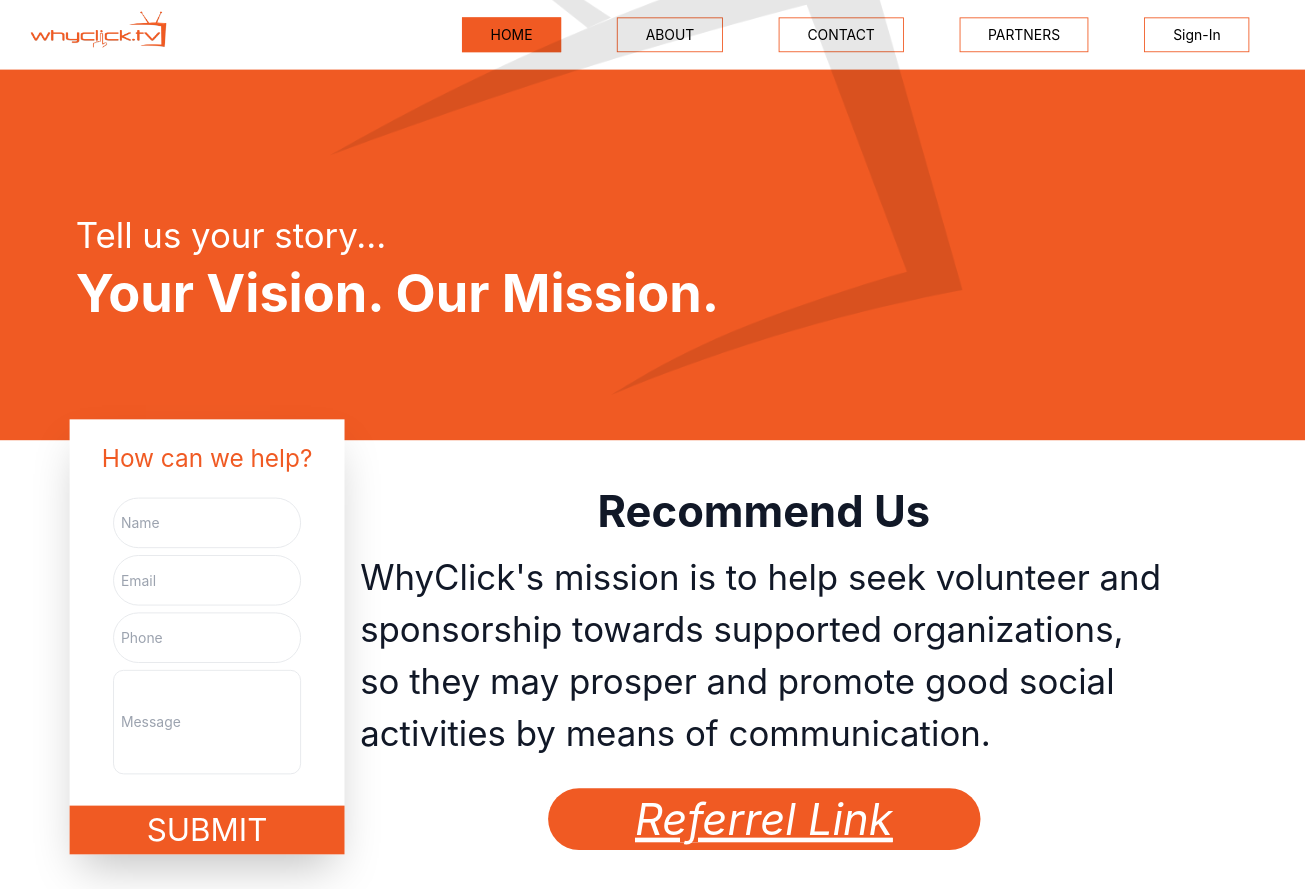
Repository: legenddev1202/whyclicktv
Page: /
These files come from the project's save history. The page is drawn as it stood at one moment and after the next save; the edit follows.
The browser window is 1280 px wide. The page is 1500 px wide, so the pictures cover 1500 px, including what lies to the right of the window. The pictures show the whole page, at 87% of full size.
The project was rebuilt for these pictures with package versions that can differ from the ones it lists, and the page was loaded fresh each time. Also part of the build but not shown: src/App.css, src/pages/about.js, src/pages/contact.js, src/pages/partners.js, src/pages/referral.js.

Above is the page before, as saved 2022-04-18 22:43:32.

### public/index.html
<!DOCTYPE html>
<html lang="en">
  <head>
    <meta charset="utf-8" />
    <link rel="icon" href="%PUBLIC_URL%/favicon.ico" />
    <meta name="viewport" content="width=device-width, initial-scale=1" />
    <meta name="theme-color" content="#000000" />
    <meta name="description" content="why-click" />
    <link rel="apple-touch-icon" href="%PUBLIC_URL%/favicon.ico" />
    <!--
      manifest.json provides metadata used when your web app is installed on a
      user's mobile device or desktop. See https://developers.google.com/web/fundamentals/web-app-manifest/
    -->
    <link rel="manifest" href="%PUBLIC_URL%/manifest.json" />
    <!--
      Notice the use of %PUBLIC_URL% in the tags above.
      It will be replaced with the URL of the `public` folder during the build.
      Only files inside the `public` folder can be referenced from the HTML.

      Unlike "/favicon.ico" or "favicon.ico", "%PUBLIC_URL%/favicon.ico" will
      work correctly both with client-side routing and a non-root public URL.
      Learn how to configure a non-root public URL by running `npm run build`.
    -->
    <title>WhyClick.tv</title>
  </head>
  <body>
    <noscript>WhyClick.tv</noscript>
    <div id="root"></div>
    <!--
      This HTML file is a template.
      If you open it directly in the browser, you will see an empty page.

      You can add webfonts, meta tags, or analytics to this file.
      The build step will place the bundled scripts into the <body> tag.

      To begin the development, run `npm start` or `yarn start`.
      To create a production bundle, use `npm run build` or `yarn build`.
    -->
  </body>
</html>

### src/index.css
@tailwind base;
@tailwind components;
@tailwind utilities;

body {
  margin: 0;
  font-family: -apple-system, BlinkMacSystemFont, "Segoe UI", "Roboto", "Oxygen",
    "Ubuntu", "Cantarell", "Fira Sans", "Droid Sans", "Helvetica Neue",
    sans-serif;
  -webkit-font-smoothing: antialiased;
  -moz-osx-font-smoothing: grayscale;
  height: 100%;
  min-width: 1500px;
}

code {
  font-family: source-code-pro, Menlo, Monaco, Consolas, "Courier New",
    monospace;
}

input::placeholder {
  font-size: 50;
}

input::-moz-placeholder {
  font-size: 50;
}

input::-webkit-input-placeholder {
  font-size: 50;
}

### src/App.js
import { Routes, Route, Link } from "react-router-dom";
import "./App.css";
import Home from "./pages/home";
import About from "./pages/about";
import Contact from "./pages/contact";
import Partners from "./pages/partners";
import Referral from "./pages/referral";

function App() {
  return (
    <Routes>
      <Route path="/" element={<Home />} />
      <Route path="about" element={<About />} />
      <Route path="contact" element={<Contact />} />
      <Route path="partners" element={<Partners />} />
      <Route path="referrel" element={<Referral />} />
    </Routes>
  );
}

export default App;

### src/pages/home.js
import React from "react";
import { Routes, Route, Link } from "react-router-dom";

function Home() {
  return (
    <>
      <div className="bg-transparent w-full h-20 flex items-center px-8 justify-between">
        <div className="h-20">
          <img
            className="logo-icon h-full"
            src="assets/images/logos/logo.svg"
            alt="logo"
          />
        </div>
        <div className="">
          <button
            className="h-10 px-8 mx-8 border"
            style={{ borderColor: "#F05A23", backgroundColor: "#F05A23" }}
          >
            <Link to="/">HOME</Link>
          </button>
          <button
            className="h-10 px-8 mx-8 border"
            style={{ borderColor: "#F05A23" }}
          >
            <Link to="/about">ABOUT</Link>
          </button>
          <button
            className="h-10 px-8 mx-8 border"
            style={{ borderColor: "#F05A23" }}
          >
            <Link to="/contact">CONTACT</Link>
          </button>
          <button
            className="h-10 px-8 mx-8 border"
            style={{ borderColor: "#F05A23" }}
          >
            <Link to="/partners">PARTNERS</Link>
          </button>
          <button
            className="h-10 px-8 mx-8 border"
            style={{ borderColor: "#F05A23" }}
          >
            <Link to="/signin">Sign-In</Link>
          </button>
        </div>
      </div>
      <div className="h-full w-full">
        <div
          className="relative"
          style={{ backgroundColor: "#F05A23", height: "426px" }}
        >
          <img
            className="logo-icon absolute"
            style={{ right: "387px", height: "713px", bottom: "30px" }}
            src="assets/images/logos/tv-logo.png"
            alt="logo"
          />
          <div style={{ padding: "145px 0 0 87px" }}>
            {/* <div className="text-lg text-white" style={{ fontSize: 40 }}>
              773-997-8872
            </div> */}
            <div className="text-lg text-white pt-8" style={{ fontSize: 40 }}>
              Tell us your story...
            </div>
            <div
              className="text-4xl font-bold text-white pt-8"
              style={{ fontSize: 60 }}
            >
              Your Vision. Our Mission.
            </div>
          </div>
        </div>
      </div>
      <div
        className="w-full p-8 pl-72 flex flex-col items-center justify-center relative"
        style={{ height: 516 }}
      >
        <div className="font-bold text-gray-900" style={{ fontSize: 50 }}>
          Recommend Us
        </div>
        <div
          className="text-2xl pt-2  text-gray-900"
          style={{ maxWidth: 928, fontSize: 40, lineHeight: 1.5 }}
        >
          WhyClick's mission is to help seek volunteer and sponsorship towards
          supported organizations, so they may prosper and promote good social
          activities by means of communication.
        </div>
        <button
          className="rounded-full italic p-2 px-20 text-white underline text-xl mt-8"
          style={{
            backgroundColor: "#F05A23",
            fontSize: 50,
            width: 497,
            height: 71,
          }}
        >
          <Link to="/referrel">Referrel Link</Link>
        </button>
        <div
          className="bg-white shadow-2xl absolute left-20 flex flex-col items-center"
          style={{ width: "316px", height: "500px", top: -24 }}
        >
          <div className="pt-6" style={{ color: "#F05A23", fontSize: 28 }}>
            How can we help?
          </div>
          <div style={{ marginTop: 24 }}>
            <input
              className="border rounded-full w-full h-12 px-2"
              style={{ width: 216, height: 58 }}
              placeholder="Name"
            ></input>
          </div>
          <div className="pt-2">
            <input
              className="border rounded-full w-full h-12 px-2"
              style={{ width: 216, height: 58 }}
              placeholder="Email"
            ></input>
          </div>
          <div className="pt-2">
            <input
              className="border rounded-full w-full h-12 px-2"
              style={{ width: 216, height: 58 }}
              placeholder="Phone"
            ></input>
          </div>
          <div className="pt-2">
            <input
              className="border rounded-xl w-full h-24 px-2"
              style={{ width: 216, height: 120 }}
              placeholder="Message"
            ></input>
          </div>
          <button
            className="w-full h-14 flex items-center justify-center text-white absolute bottom-0"
            style={{ backgroundColor: "#F05A23", fontSize: 36 }}
          >
            SUBMIT
          </button>
        </div>
      </div>
    </>
  );
}
export default Home;

Loaded but not shown: src/index.js (common file); src/reportWebVitals.js (common file); tailwind.config.js (common file)

After the next save:
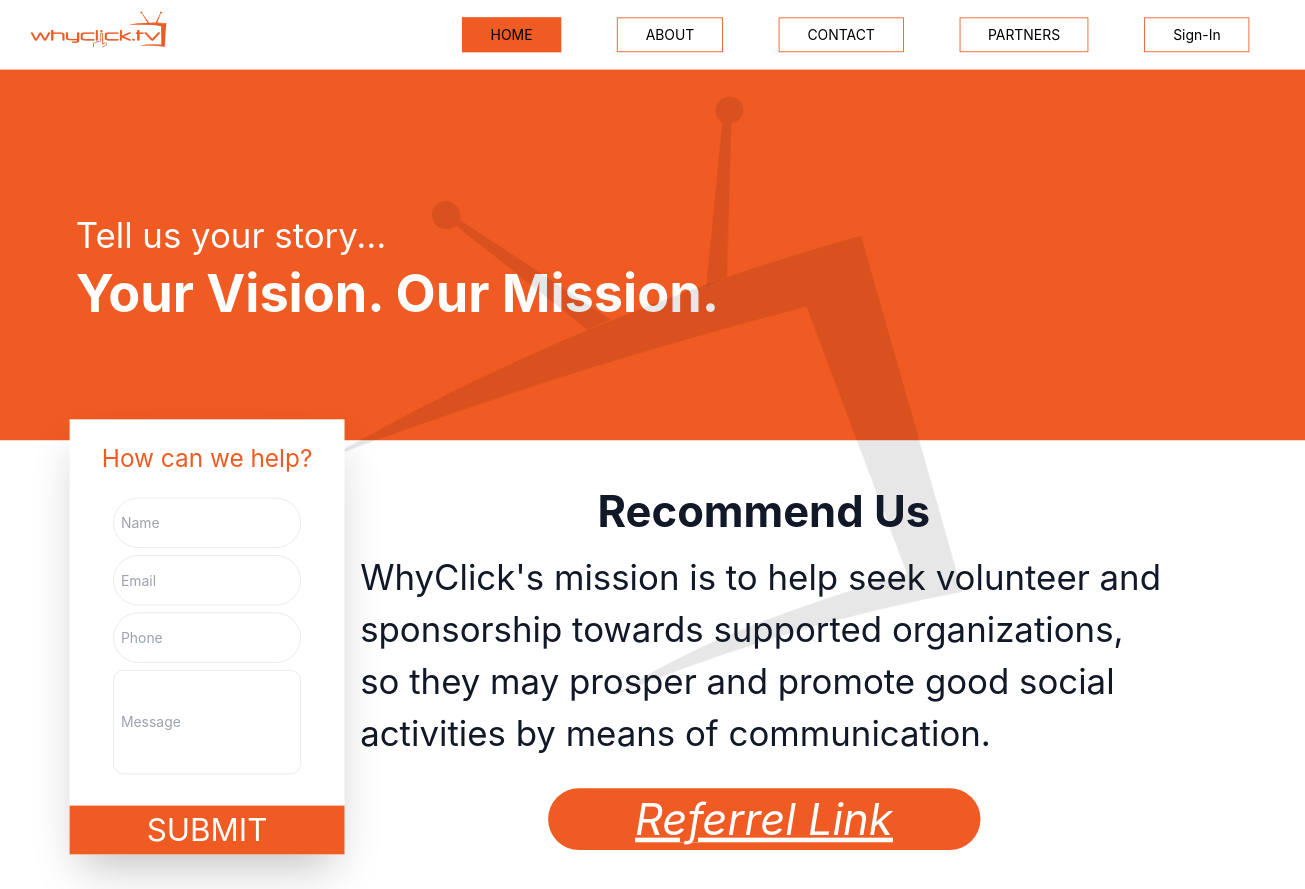
Saved 5 s later.
--- a/src/pages/home.js
+++ b/src/pages/home.js
@@ -52,7 +52,7 @@ function Home() {
         >
           <img
             className="logo-icon absolute"
-            style={{ right: "387px", height: "713px", bottom: "30px" }}
+            style={{ right: "387px", height: "713px", top: "30px" }}
             src="assets/images/logos/tv-logo.png"
             alt="logo"
           />
